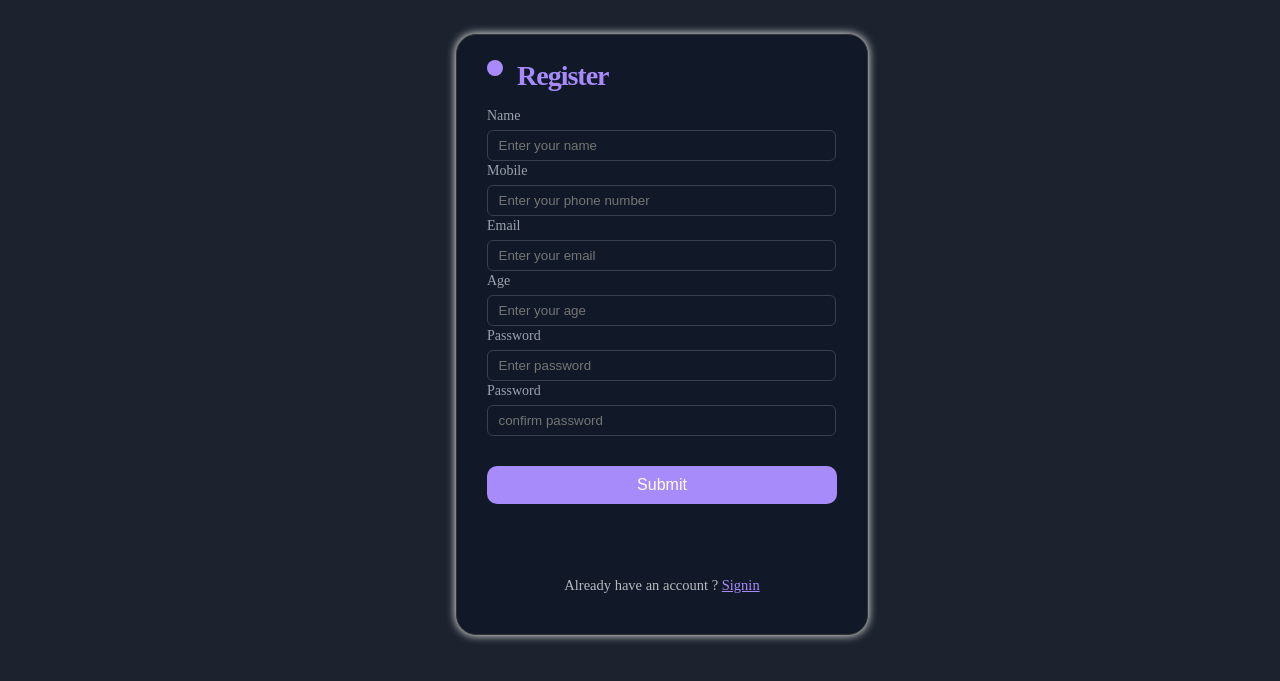
Repository: PeruriNaresh/Bank_Project
Page: http://localhost/bank_project/register.jsp
An editor plug-in stored every save of this project. The page is shown before and after the next save, followed by the edit.
The browser window is 1280 px wide. The pictures show the whole page.
The page is served by Tomcat 9. Other server files are loaded and not shown.

Above is the page before, as saved 2024-10-24 17:22:39.

### bank_project/src/main/webapp/register.jsp
<%@ page language="java" contentType="text/html; charset=UTF-8"
    pageEncoding="UTF-8"%>
<!DOCTYPE html>
<html>
<head>
    <meta charset="UTF-8">
    <meta name="viewport" content="width=device-width, initial-scale=1.0">
    <style>
        body
        {
            width: 100%;
            height: 100%;
            overflow: hidden;
            background-color: rgb(28, 34, 46);
        }
        .form {
        display: flex;
        width: 35%;
        flex-direction: column;
        gap: 10px;
        max-width: 350px;
        padding: 25px 30px;
        border-radius: 20px;
        position: relative;
        background-color: rgba(17, 24, 39, 1);
        box-shadow: 0px 0px 10px white;
        color: #fff;
        border: 1px solid #333;
        margin: 2% 35%;
        z-index:-1;
        position: absolute;
        }

        .title {
        font-size: 28px;
        font-weight: 600;
        letter-spacing: -1px;
        position: relative;
        display: inline;
        align-items: center;
        padding-left: 30px;
        color:rgba(167, 139, 250, 1);
        margin: 0px;
        }

        .title::before {
        width: 18px;
        height: 18px;
        }

        .title::after {
        width: 18px;
        height: 18px;
        animation: pulse 1s linear infinite;
        }

        .title::before,
        .title::after {
        position: absolute;
        content: "";
        height: 16px;
        width: 16px;
        border-radius: 50%;
        left: 0px;
        background-color:  rgba(167, 139, 250, 1);
        }

        .message,
        .signin {
        font-size: 14.5px;
        color: rgba(255, 255, 255, 0.7);
        z-index:1;
        }

        .signin {
        text-align: center;
        }

        .signin a:hover {
        text-decoration: underline royalblue;
        }

        .signin a {
        color: rgba(167, 139, 250, 1);
        }

        .flex {
        display: flex;
        width: 100%;
        gap: 6px;
        }

        .form label {
        position: relative;
        }

        .form label .input {
        background-color: transparent;
        color: #fff;
        width: 95%;
        font-size: auto;
        padding: 10px 10px 10px 10px;
        border: 1px solid black;
        outline: 1px solid  rgba(167, 139, 250, 1);
        border-radius: 2px;
        }

        .form label .input + span {
        color: rgba(255, 255, 255, 0.5);
        position: absolute;
        left: 10px;
        top: 0px;
        font-size: 0.9em;
        cursor: text;
        transition: 0.3s ease;
        }

        .form label .input:placeholder-shown + span {
        top: 12.5px;
        font-size: 0.9em;
        }

        .form label .input:focus + span,
        .form label .input:valid + span {
        color: rgba(167, 139, 250, 1);
        top: 0px;
        font-size: 0.7em;
        font-weight: 600;
        }

        .input-group {
        margin-top: 0.25rem;
        font-size: 0.875rem;
        line-height: 1.25rem;
        }
        .input-group input {
        width: 93%;
        border-radius: 0.375rem;
        border: 1px solid rgba(55, 65, 81, 1);
        outline: 0;
        background-color: rgba(17, 24, 39, 1);
        padding: 2% 3%;
        color: rgba(243, 244, 246, 1);
        }
        .input-group label {
        display: block;
        color: rgba(156, 163, 175, 1);
        margin-bottom: 4px;
        }
        .input-group input:focus {
        border-color: rgba(167, 139, 250);
        }

        .submit {
        border: none;
        outline: none;
        padding: 10px;
        border-radius: 10px;
        color: #fff;
        font-size: 16px;
        transform: .3s ease;
        background-color:  rgba(167, 139, 250, 1);
        position:relative;
        }

        @keyframes pulse {
        from {
            transform: scale(0.9);
            opacity: 1;
        }

        to {
            transform: scale(1.8);
            opacity: 0;
        }
        }
    </style>
    <title>Document</title>
</head>
<body>

    <form class="form" action="register" method="post">
        <p class="title">Register </p>
        <div class="input-group">
            <label for="username">Name</label>
            <input type="text" name="name" id="username" placeholder="Enter your name">
            <label for="mobile">Mobile</label>
            <input type="number" name="phone" id="mobile" placeholder="Enter your phone number">
            <label for="email">Email</label>
            <input type="text" name="email" id="email" placeholder="Enter your email">
            <label for="age">Age</label>
            <input type="number" name="age" id="age" placeholder="Enter your age">
            <label for="password">Password</label>
            <input type="password" name="password" id="password" placeholder="Enter password">
            <label for="confirm">Password</label>
            <input type="password" id="confirm" placeholder="confirm password">
            <p style="opacity:0;display:inline" id="msg">passwords doesnot match</p>
        </div>
        <button class="submit" disabled>Submit</button>
        <%String msg= (String)request.getAttribute("msg");%>
        <p style="display:inline;height:1vh;width:100"><%if(msg!=null)
        {
            out.println(msg);
        }%></p>
        <p class="signin">Already have an account ? <a href="index.html">Signin</a> </p>
    </form>
    <script>
        var inputs=document.querySelectorAll("input");
        var msg=document.getElementById("msg");
        var confirm=inputs[5];
        var submit=document.querySelector("button");
        confirm.addEventListener("input",()=>
        {
            var pass= inputs[4].value;
            if(pass!=confirm.value)
            {
                msg.style.opacity=1;
            }
            else
            {
                msg.style.opacity=0;
                submit.removeAttribute("disabled");
            }
        });
    </script>
</body>
</html>

After the next save:
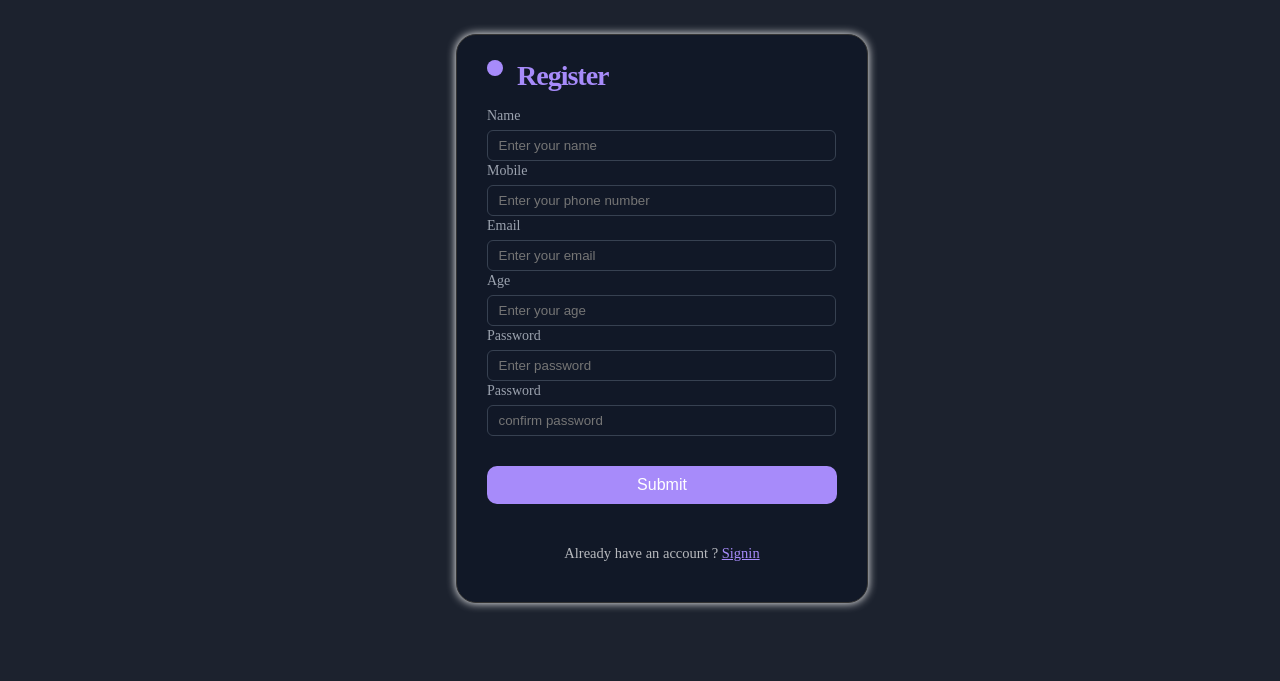
Saved 42 s later.
--- a/bank_project/src/main/webapp/register.jsp
+++ b/bank_project/src/main/webapp/register.jsp
@@ -198,7 +198,7 @@
         </div>
         <button class="submit" disabled>Submit</button>
         <%String msg= (String)request.getAttribute("msg");%>
-        <p style="display:inline;height:1vh;width:100"><%if(msg!=null)
+        <p style="display:inline;height:1vh;width:100;margin:0px"><%if(msg!=null)
         {
             out.println(msg);
         }%></p>
